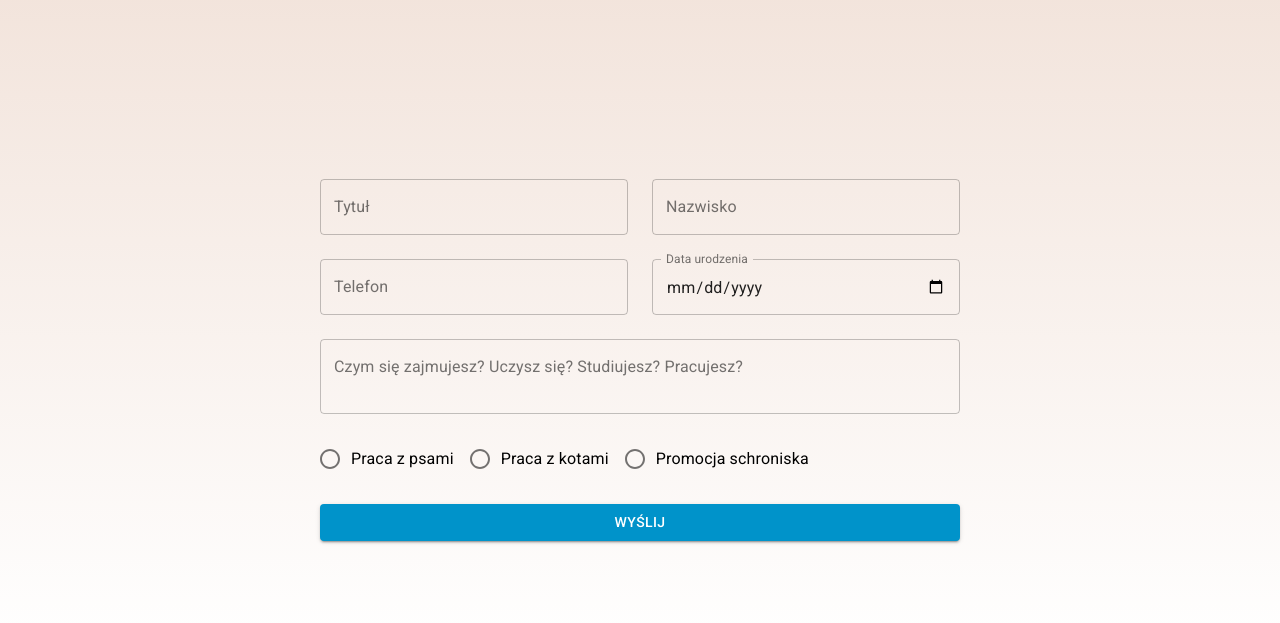
Repository: piotr-bocian/Projekt-5
Page: /
The author's editor kept a copy of each file at every save. The page is drawn from the files as they stood at one save, then again after a run of saves.
The browser window is 1280 px wide. The pictures show the whole page.
The project was rebuilt for these pictures with package versions that can differ from the ones it lists, and the page was loaded fresh each time.

Above is the page before, as saved 2021-03-22 17:53:33.

After the next 2 saves:
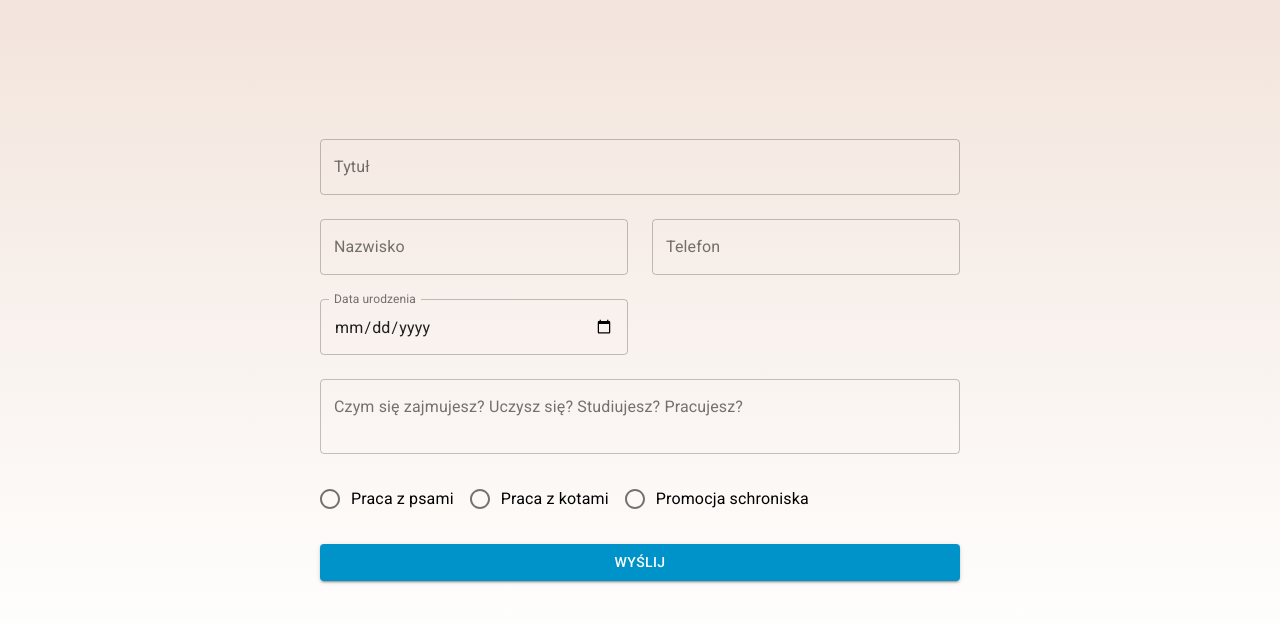
The 2 saves are shown as one change because they came seconds apart.
The last was saved 12 s later.
--- a/src/components/Organisms/AdotpionForm/AdotpionForm.js
+++ b/src/components/Organisms/AdotpionForm/AdotpionForm.js
@@ -25,7 +25,7 @@ const AdotpionForm = () => {
     return (
         <form className="form" onSubmit={sendForm}>
             <Grid container spacing={3}>
-                <Grid item xs={12} sm={6}>
+                <Grid item xs={12} sm={12}>
                     <TextField
                         variant="outlined"
                         label="Tytuł" value={title}
